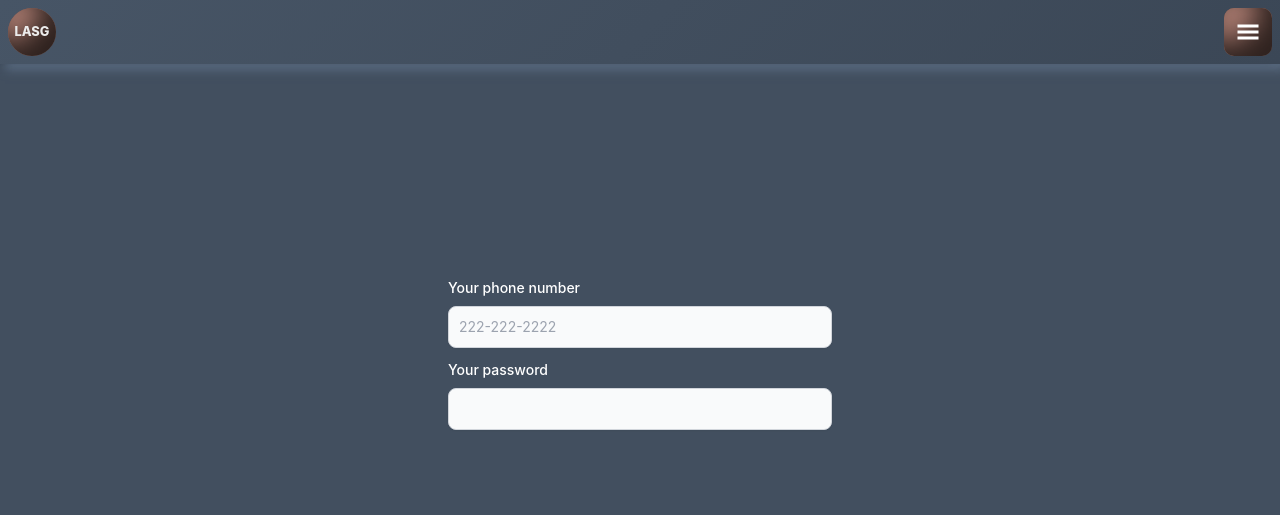
Repository: ShindanoSingi/LA-Swahili-Group
Page: /login (app in client/)
These files come from the project's save history. The page is drawn as it stood at one moment and after a run of saves; the edit follows.
The browser window is 1280 px wide. The pictures show the whole page.
The project was rebuilt for these pictures with package versions that can differ from the ones it lists, and the page was loaded fresh each time. Also part of the build but not shown: client/src/pages/error/Error.css, client/src/pages/error/Error.js, client/src/pages/home/Home.js, client/src/pages/about/About.js, client/src/pages/contact/Contact.js, client/src/pages/userDashBoard/UserDashBoard.js, client/src/pages/superUsersDashBoard/SuperUsersDashBoard.js.

Above is the page before, as saved 2024-02-11 14:43:15.

After the next 2 saves:
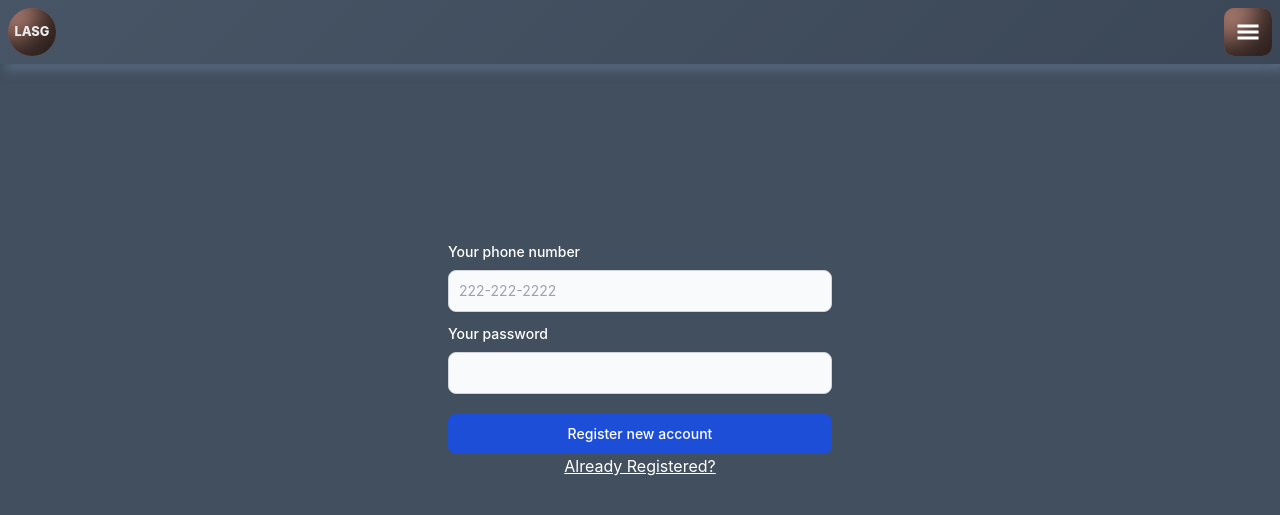
The 2 saves are shown as one change because they came seconds apart.
The last was saved 10 s later.
--- a/client/src/pages/login/Login.js
+++ b/client/src/pages/login/Login.js
@@ -61,7 +61,21 @@ function Login() {
                                 )
                               }
 
-
+                              {
+                                !showRegisterButton && (
+                                    <div>
+                                    <button
+                                          type="submit"
+                                          className="text-white mt-2 w-full bg-blue-700 hover:bg-blue-800 focus:ring-4 focus:outline-none focus:ring-blue-300 font-medium rounded-lg text-sm px-5 py-2.5 text-center dark:bg-blue-600 dark:hover:bg-blue-700 dark:focus:ring-blue-800"
+                                    >
+                                          Register new account
+                                    </button>
+                                    <p className="text-white text-center underline" onClick={()=>{
+                                        setShowRegisterButton(true);
+                                    }}>Already Registered?</p>
+                              </div>
+                                )
+                              }
                         </form>
                   </div>
             </div>
